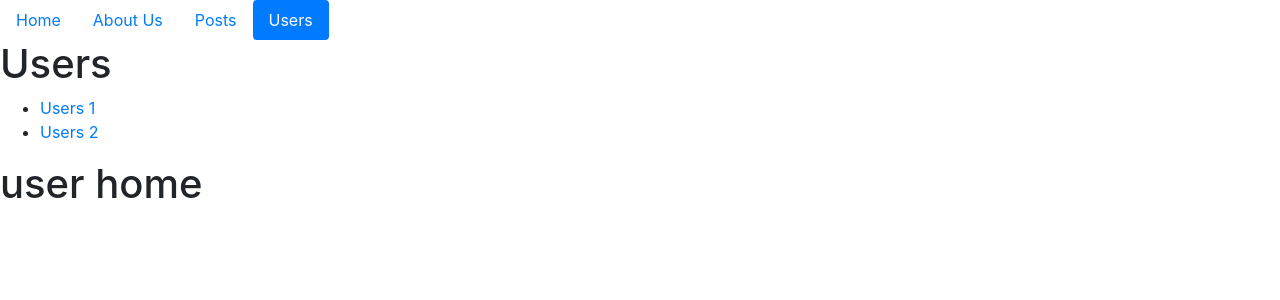
Repository: toufik17/vuejs
Page: /users
An editor plug-in stored every save of this project. The page is shown before and after the next save, followed by the edit.
The browser window is 1280 px wide. The pictures show the whole page.
The project was rebuilt for these pictures with package versions that can differ from the ones it lists, and the page was loaded fresh each time. Imported but missing from the stored project, and not drawn on this page: src/components/users/UsersViewHome.

Above is the page before, as saved 2019-03-06 11:39:04.

After the next save:
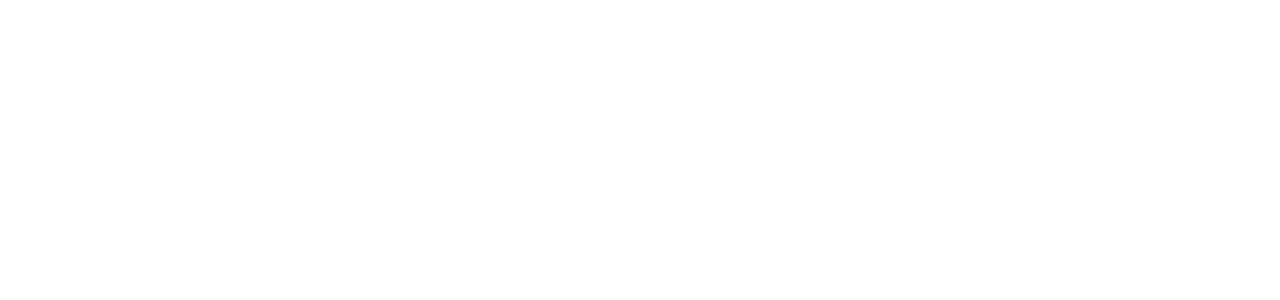
Console error: ReferenceError: UsersViewHome is not defined
Saved 94 s later.
--- a/src/routes.js
+++ b/src/routes.js
@@ -12,7 +12,7 @@
     {path: "/posts/:id", component: Post, props: true},
     {path: "/users", component: Users, children: [
         {path: "", component: UsersHome},
-        {path: ":id", component: UsersHome},
+        {path: ":id", component: UsersViewHome},
     ]}
 ];
 

After the 3 saves that followed:
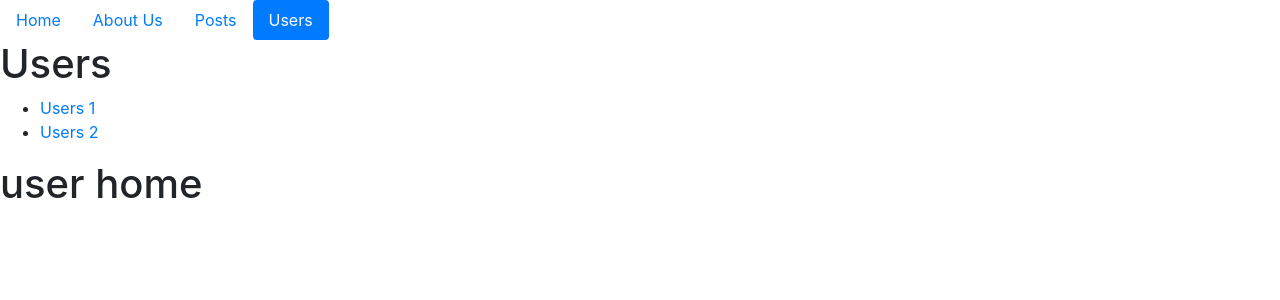
The error is gone.
The 3 saves are shown as one change because 1 did not build or start and some came seconds apart.
The last was saved 9 s later.
--- a/src/routes.js
+++ b/src/routes.js
@@ -4,6 +4,7 @@
 import Posts from './components/Posts'
 import Users from './components/Users'
 import UsersHome from './components/users/UsersHome'
+import UsersViewHome from './components/users/UsersViewHome'
 
 const routes = [
     {path: "/", component: Home},
